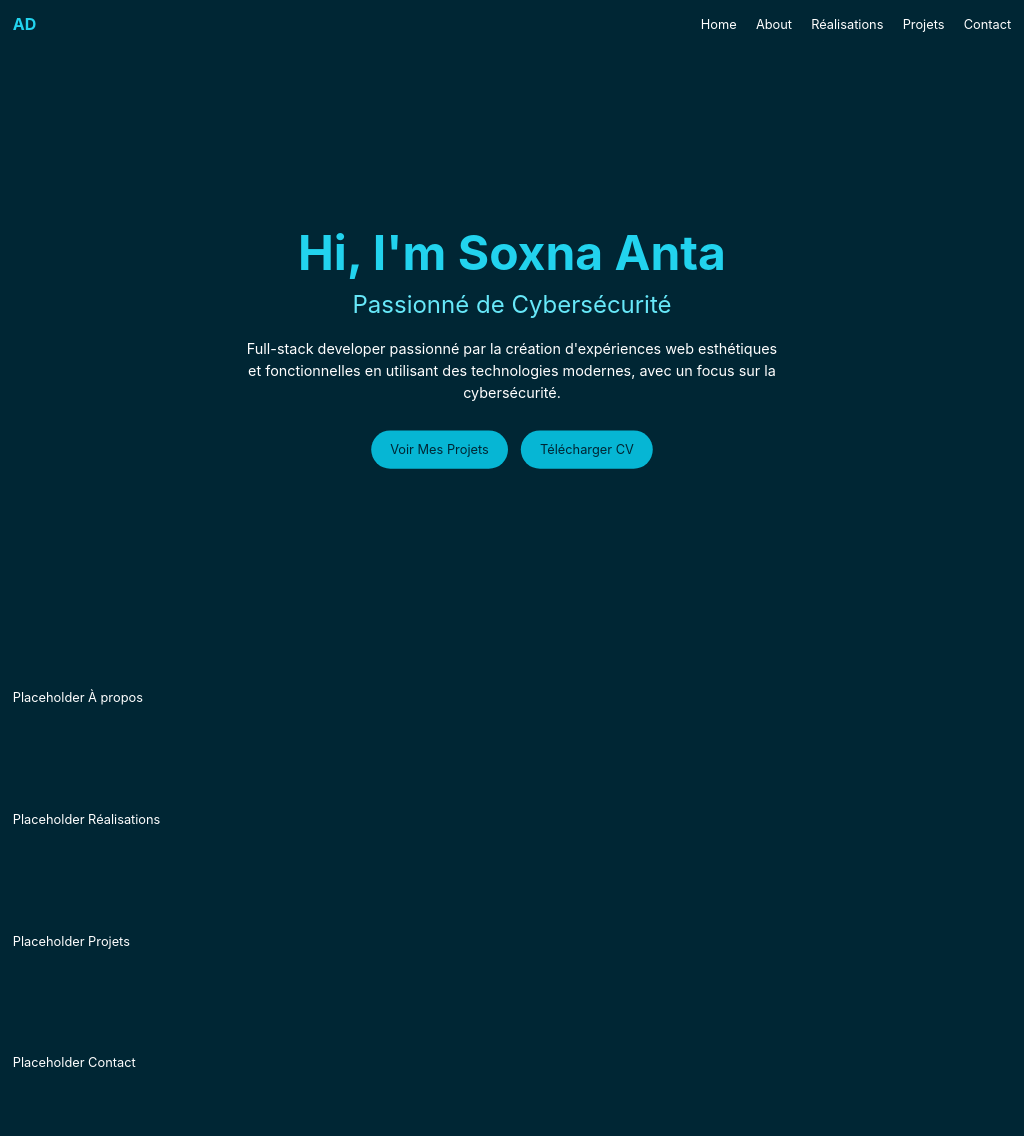
Repository: AntaaaKD/Mon-Portfolio
Page: /
These files come from the project's save history. The page is drawn as it stood at one moment and after the next save; the edit follows.
The browser window is 1280 px wide. The pictures show the whole page, at 80% of full size.
The project was rebuilt for these pictures with package versions that can differ from the ones it lists, and the page was loaded fresh each time.

Above is the page before, as saved 2026-01-14 18:19:27.

After the next save:
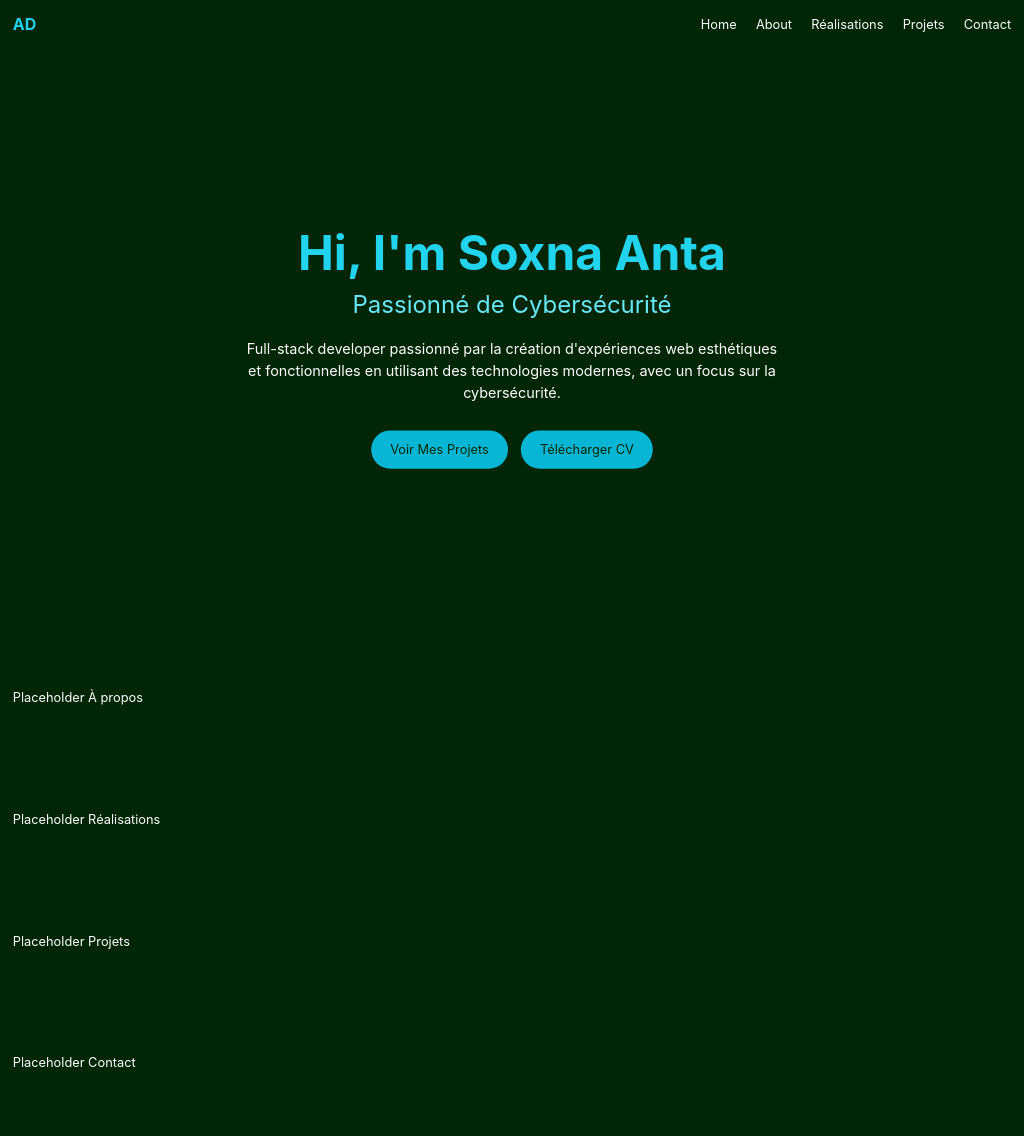
Saved 20 s later.
--- a/tailwind.config.js
+++ b/tailwind.config.js
@@ -6,7 +6,7 @@
   theme: {
     extend: {
       colors: {
-        'custom-blue': 'rgb(0, 38, 52)',  // Ton bleu exact ici
+        'custom-blue': 'rgb(0, 38, 5)',  // Ton bleu exact ici
       },
     },
   },

After the save that followed:
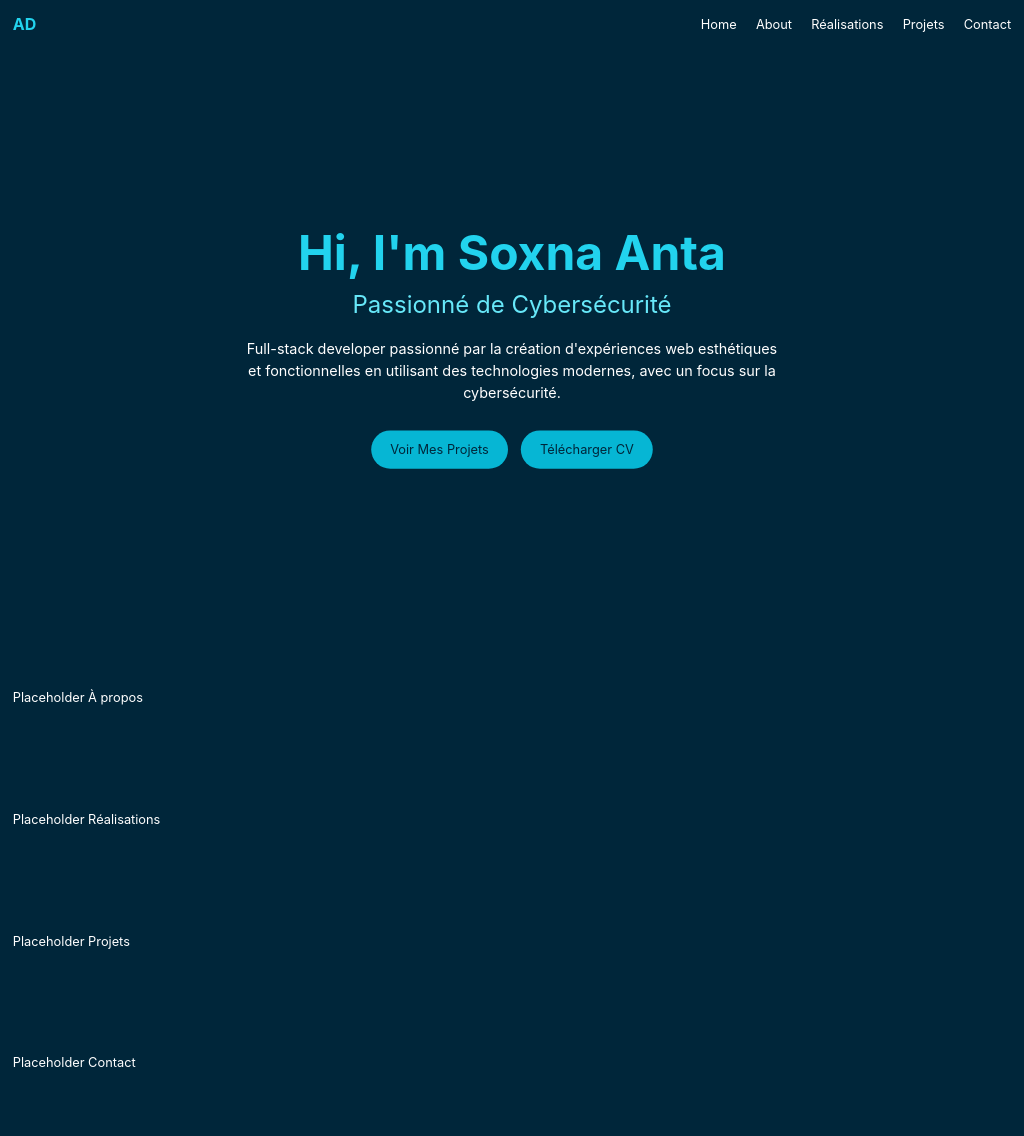
Saved 4 s later.
--- a/tailwind.config.js
+++ b/tailwind.config.js
@@ -6,7 +6,7 @@
   theme: {
     extend: {
       colors: {
-        'custom-blue': 'rgb(0, 38, 5)',  // Ton bleu exact ici
+        'custom-blue': 'rgb(0, 38, 58)',  // Ton bleu exact ici
       },
     },
   },
